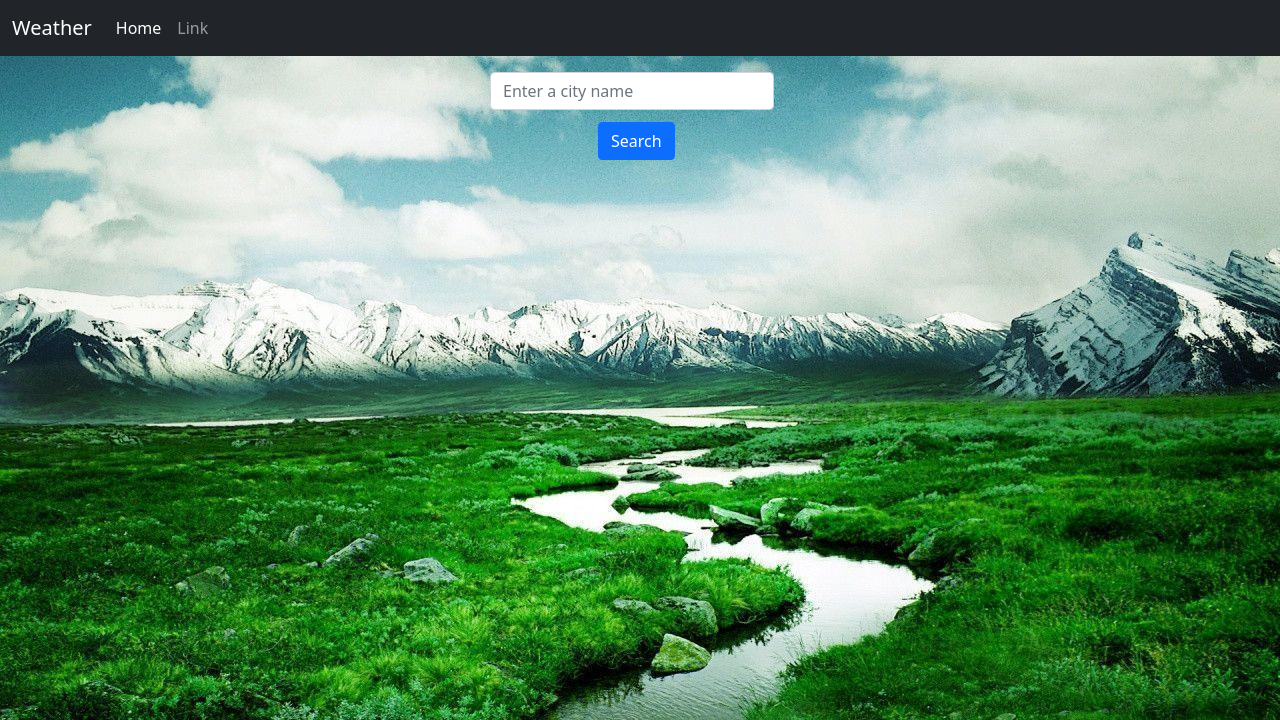
Repository: rohitbharti258/Project_Weather_finder
Page: index.html
The author's editor kept a copy of each file at every save. The page is drawn from the files as they stood at one save, then again after the next save.
The browser window is 1280 px wide. The pictures show the whole page.

Above is the page before, as saved 2022-02-01 19:27:45.

After the next save:
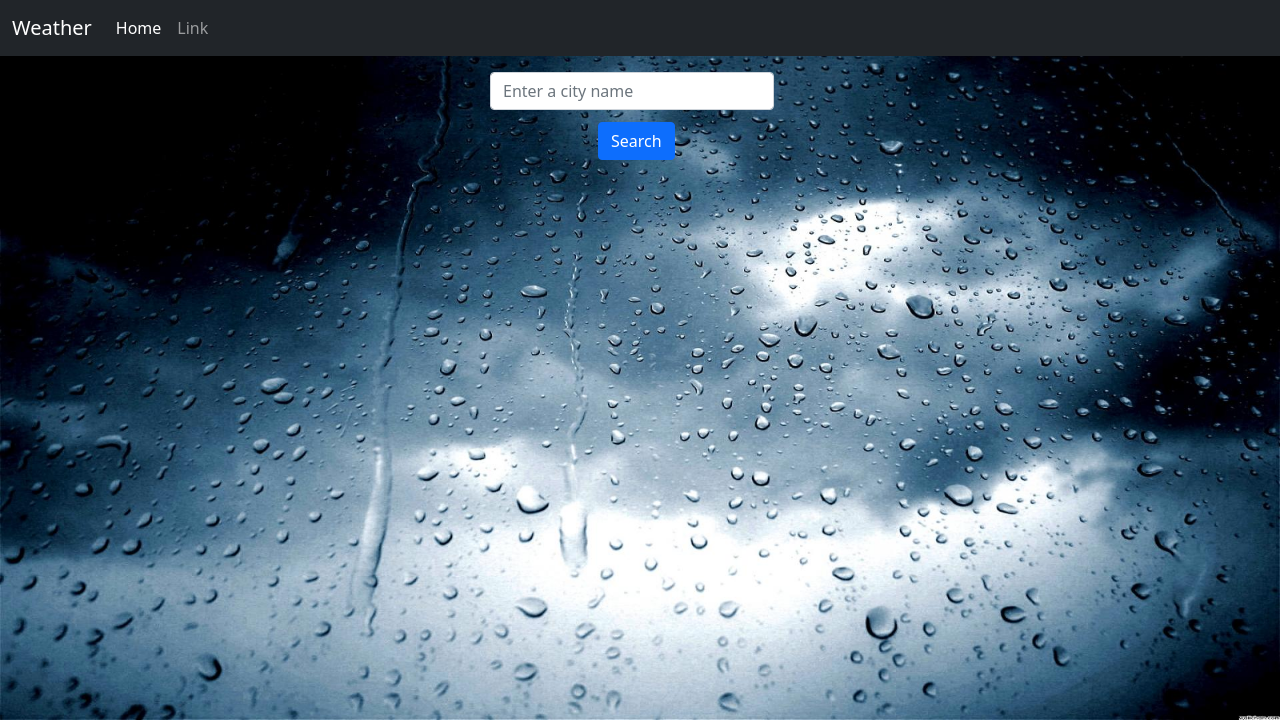
Saved 100 s later.
--- a/style.css
+++ b/style.css
@@ -1,6 +1,6 @@
 body{
     /* background:linear-gradient(180deg,#5959b3 0%,skyBlue 100%); */
-    background: url("./img/bgimg4.jpg");
+    background: url("./img/bgimg3.jpg");
     /* background: url("https://cdn.wallpapersafari.com/43/51/iQEfDy.jpg"); */
     background-repeat: no-repeat;
     background-size: cover ;
